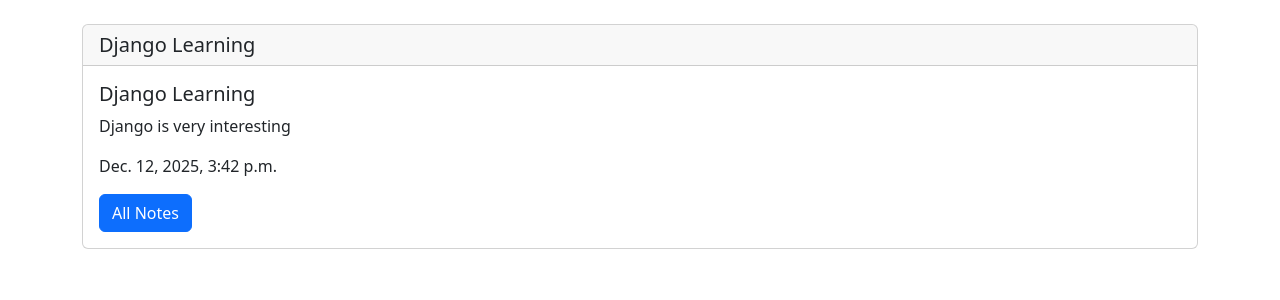
Repository: Mbote-Joseph/Django-Recap
Page: http://localhost/notes/1
These files come from the project's save history. The page is drawn as it stood at one moment and after the next save; the edit follows.
The browser window is 1280 px wide. The pictures show the whole page.
The page is served by the project's application, run on Django 5.2 (manage.py). The page reads the database file committed with the project.

Above is the page before, as saved 2025-12-13 14:50:06.

After the next save:
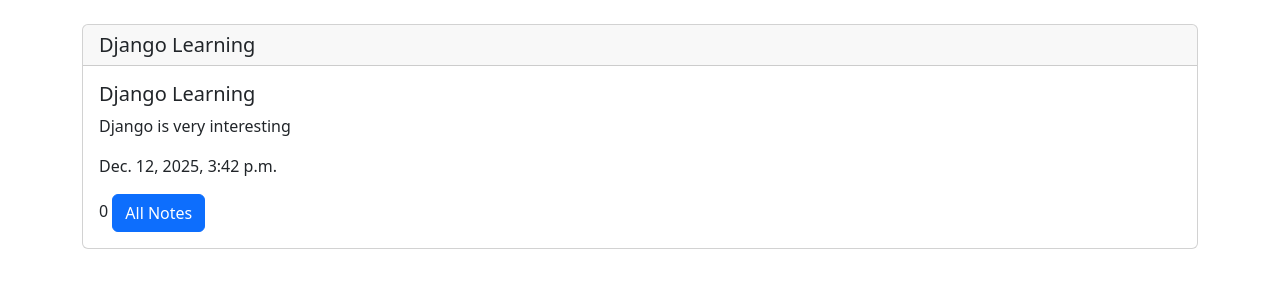
Saved 6 min 10 s later.
--- a/smartnotes/notes/templates/notes/note_detail.html
+++ b/smartnotes/notes/templates/notes/note_detail.html
@@ -8,6 +8,7 @@
                     <h5 class="card-title">{{note.title}} </h5>
                     <p class="card-text">{{note.text}} </p>
                     <p class="card-text">{{note.created}} </p>
+                    <span class="card-text">{{note.likes}} </span>
                     <a href="/notes" class="btn btn-primary">All Notes</a>
                 </div>
             </div>
